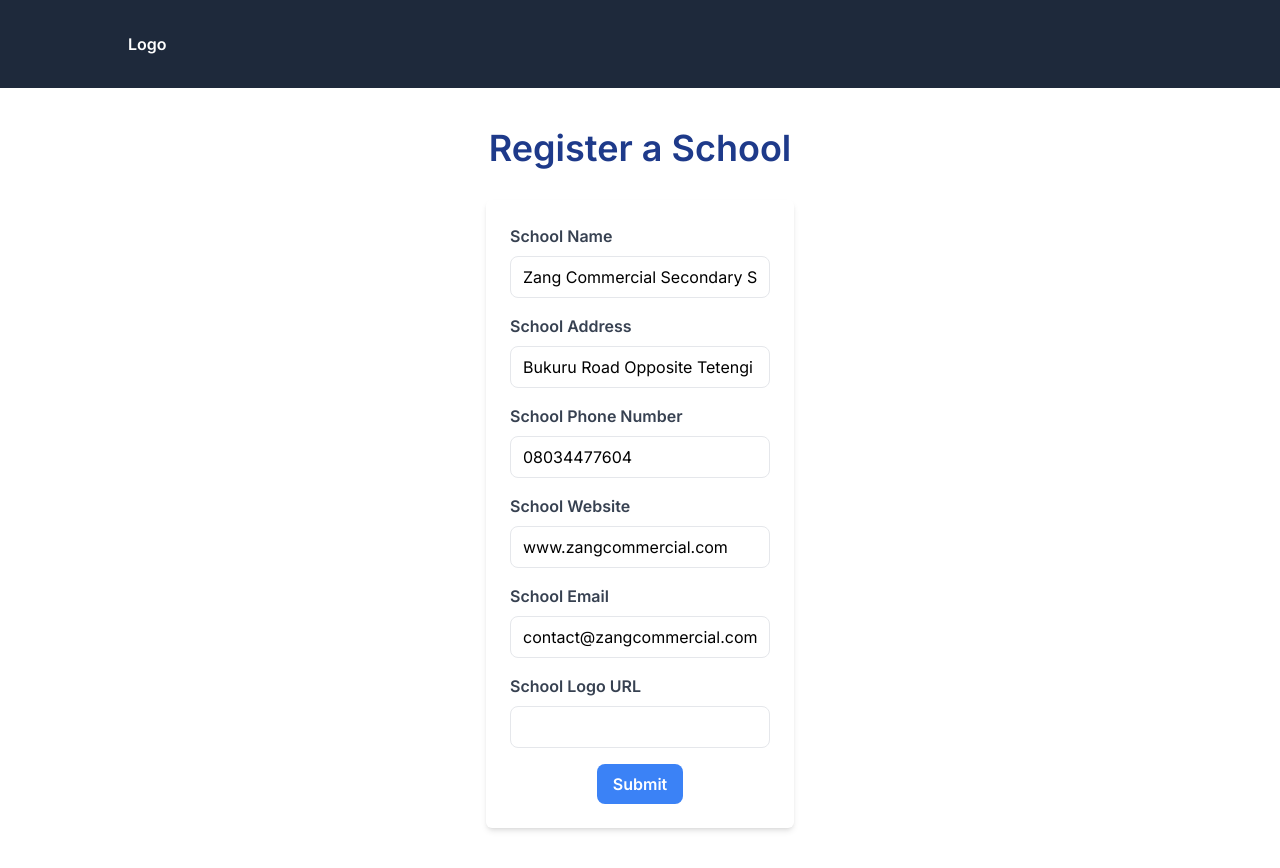
Repository: marcusdashe/fullstack-ts
Page: /school
The author's editor kept a copy of each file at every save. The page is drawn from the files as they stood at one save, then again after the next save.
The browser window is 1280 px wide. The pictures show the whole page.
The page's requests for data from a server got no answer. The project was rebuilt for these pictures with package versions that can differ from the ones it lists, and the page was loaded fresh each time. The framework's server and built-in components were replaced by stand-ins that run in the browser. No one was signed in, and anything a server would have sent is missing. Also part of the build but not shown: next.config.js.

Above is the page before, as saved 2023-07-28 13:13:32.

After the next save:
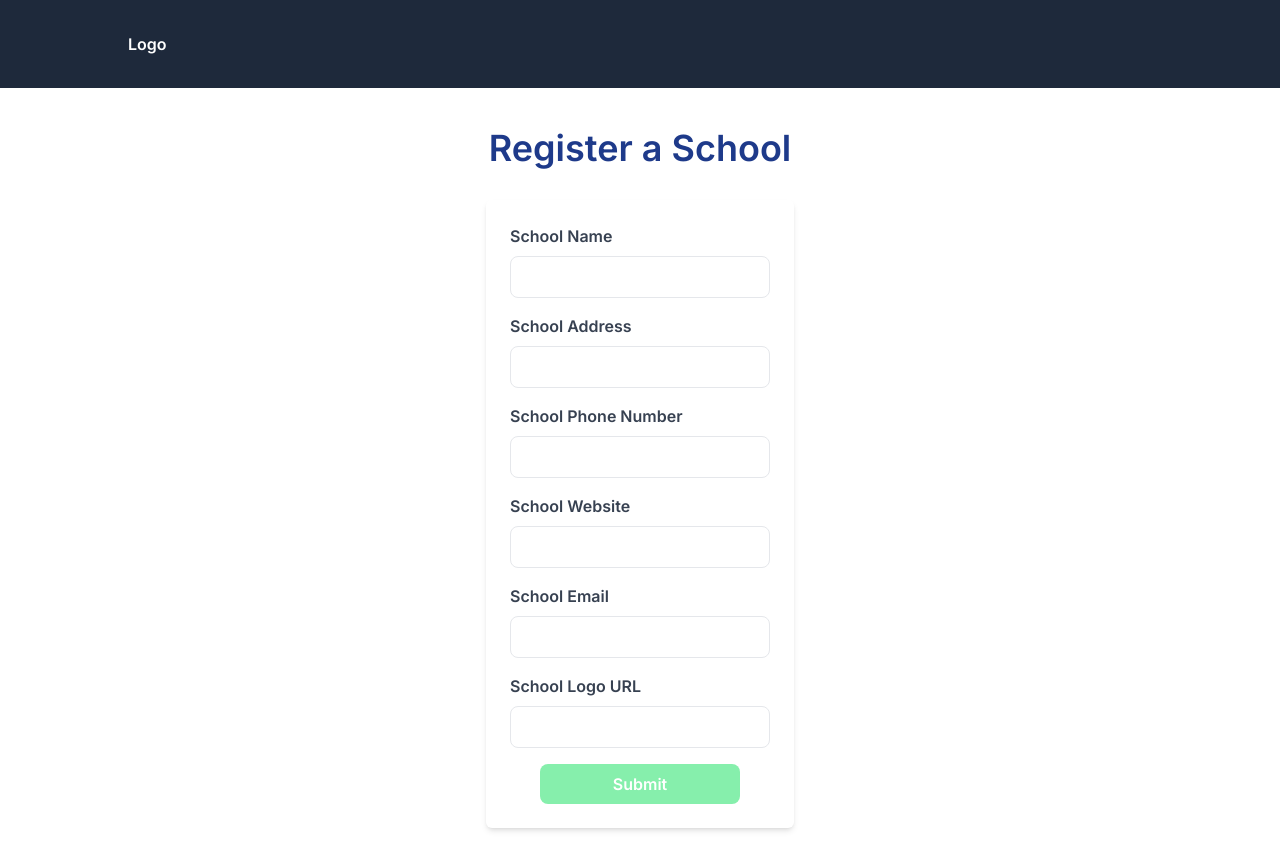
Saved 8 min 42 s later.
--- a/app/school/page.tsx
+++ b/app/school/page.tsx
@@ -5,11 +5,11 @@ import SchoolService, { School } from "../services/api/school.service";
 
 const RegisterSchoolPage: React.FC = () => {
   const initialFormData: School = {
-    schoolName: "Zang Commercial Secondary School",
-    schoolAddress: "Bukuru Road Opposite Tetengi Estate",
-    schoolPhoneNumber: "08034477604",
-    schoolWebsite: "www.zangcommercial.com",
-    schoolEmail: "contact@zangcommercial.com",
+    schoolName: "",
+    schoolAddress: "",
+    schoolPhoneNumber: "",
+    schoolWebsite: "",
+    schoolEmail: "",
     schoolLogo: "",
   };
 
@@ -168,7 +168,7 @@ const RegisterSchoolPage: React.FC = () => {
         <div className="text-center">
           <button
             type="submit"
-            className="px-4 py-2 bg-blue-500 text-white font-semibold rounded-lg hover:bg-blue-600 focus:outline-none"
+            className="bg-green-300 p-2 w-[200px] text-white font-semibold rounded-lg hover:bg-blue-600 focus:outline-none"
           >
             Submit
           </button>
